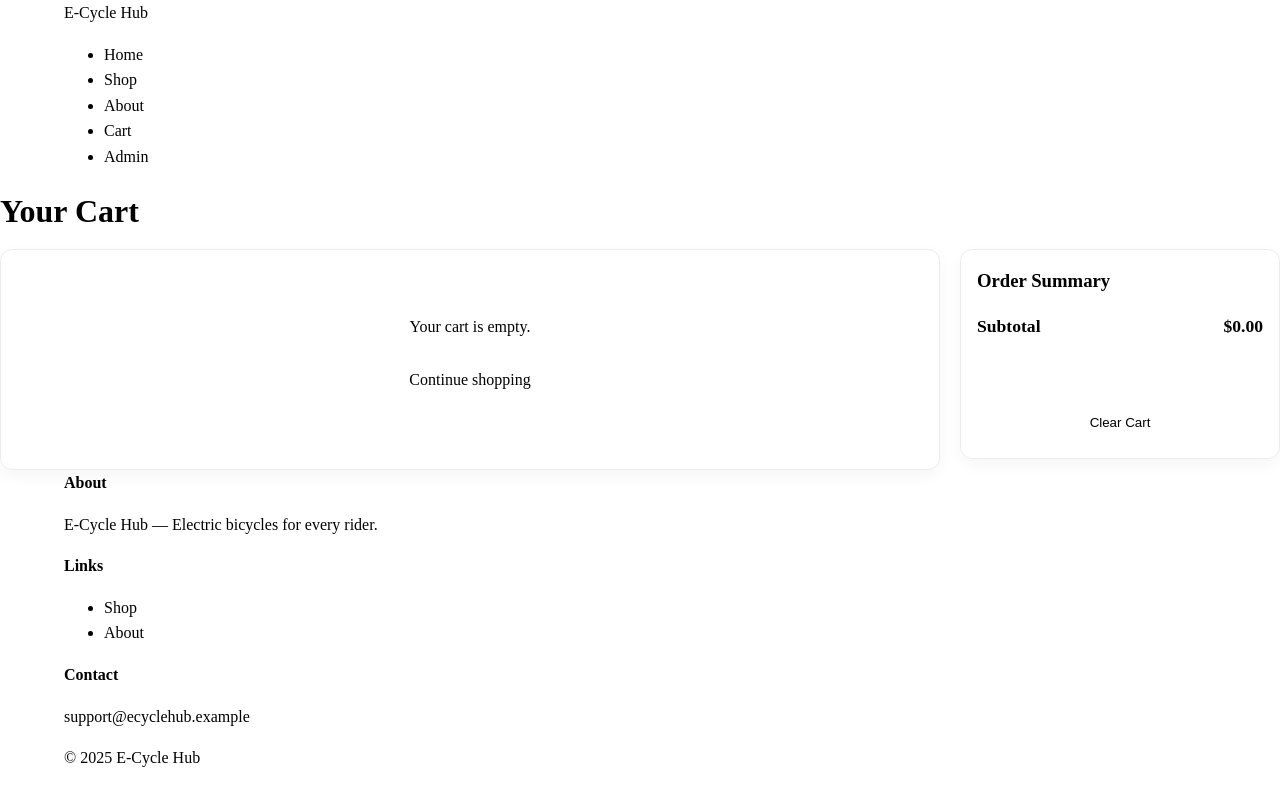
Repository: Rutuja-g/E-Cycle-Hub
Page: public/cart.html
The author's editor kept a copy of each file at every save. The page is drawn from the files as they stood at one save, then again after the next save.
The browser window is 1280 px wide. The pictures show the whole page.

Above is the page before, as saved 2025-10-24 16:57:59.

After the next save:
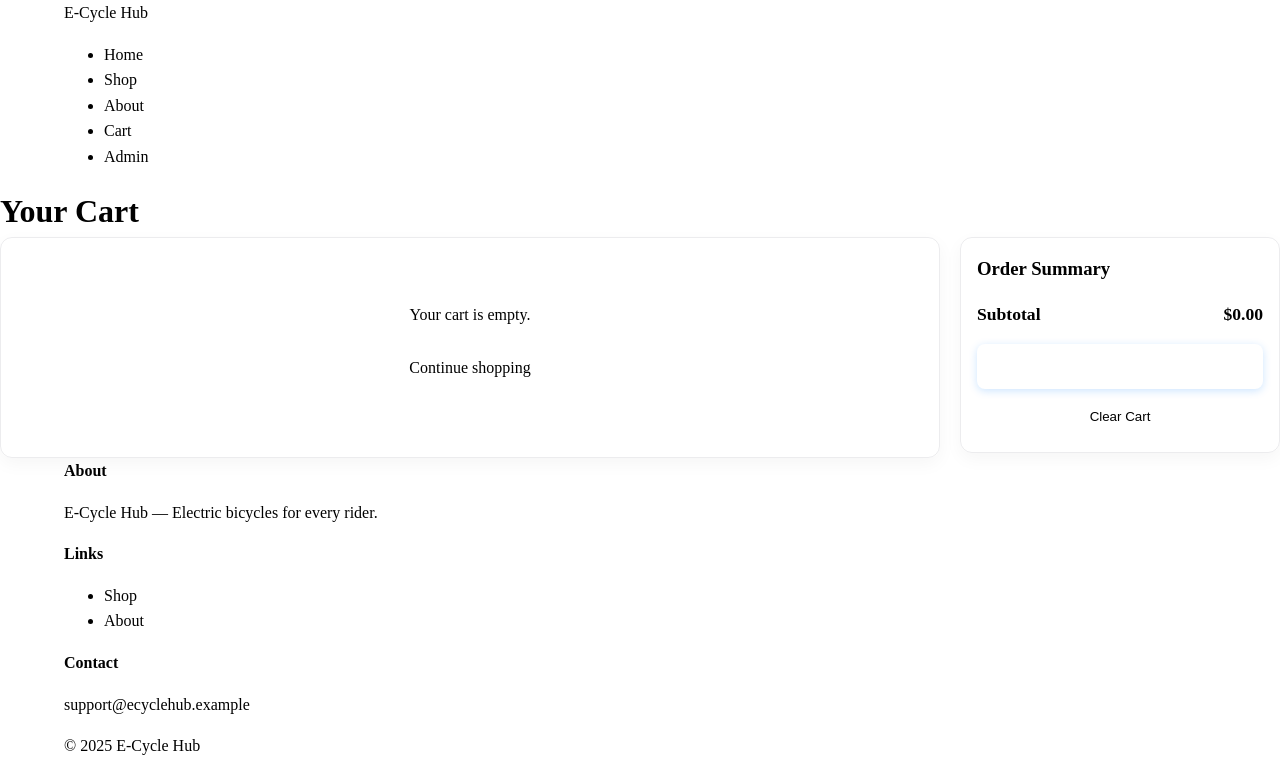
Saved 13 s later.
--- a/public/cart.html
+++ b/public/cart.html
@@ -166,8 +166,8 @@
       </div>
     </header>
 
-    <main>
-      <h1 style="margin-bottom: 0.75rem">Your Cart</h1>
+    <main class="cart-page">
+      <h1>Your Cart</h1>
 
       <div class="cart-wrap">
         <section class="cart-list" id="cart-items">
@@ -175,18 +175,14 @@
         </section>
 
         <aside class="cart-summary" aria-labelledby="summary-heading">
-          <h3 id="summary-heading" style="margin-top: 0">Order Summary</h3>
+          <h3 id="summary-heading">Order Summary</h3>
           <div class="total-row">
             <span>Subtotal</span>
             <span>$<span id="total-price">0.00</span></span>
           </div>
 
           <div>
-            <button
-              id="checkout-button"
-              class="btn primary"
-              style="width: 100%"
-            >
+            <button id="checkout-button" class="checkout-btn">
               Proceed to Checkout
             </button>
             <button
